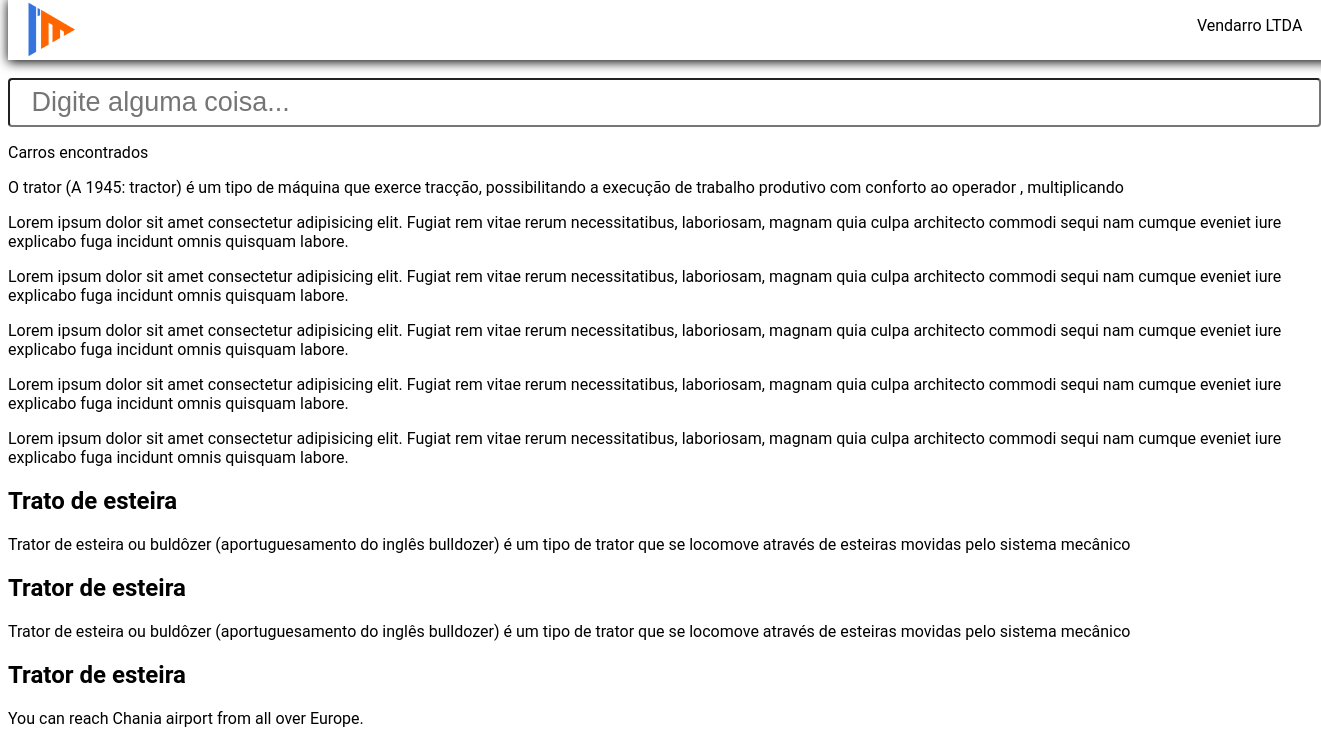
Repository: ecrseer/pesquisa-carros-html
Page: index.html
The author's editor kept a copy of each file at every save. The page is drawn from the files as they stood at one save, then again after the next save.
The browser window is 1280 px wide. The page is 1321 px wide, so the pictures cover 1321 px, including what lies to the right of the window. The pictures show the whole page.

Above is the page before, as saved 2022-01-21 17:02:13.

After the next save:
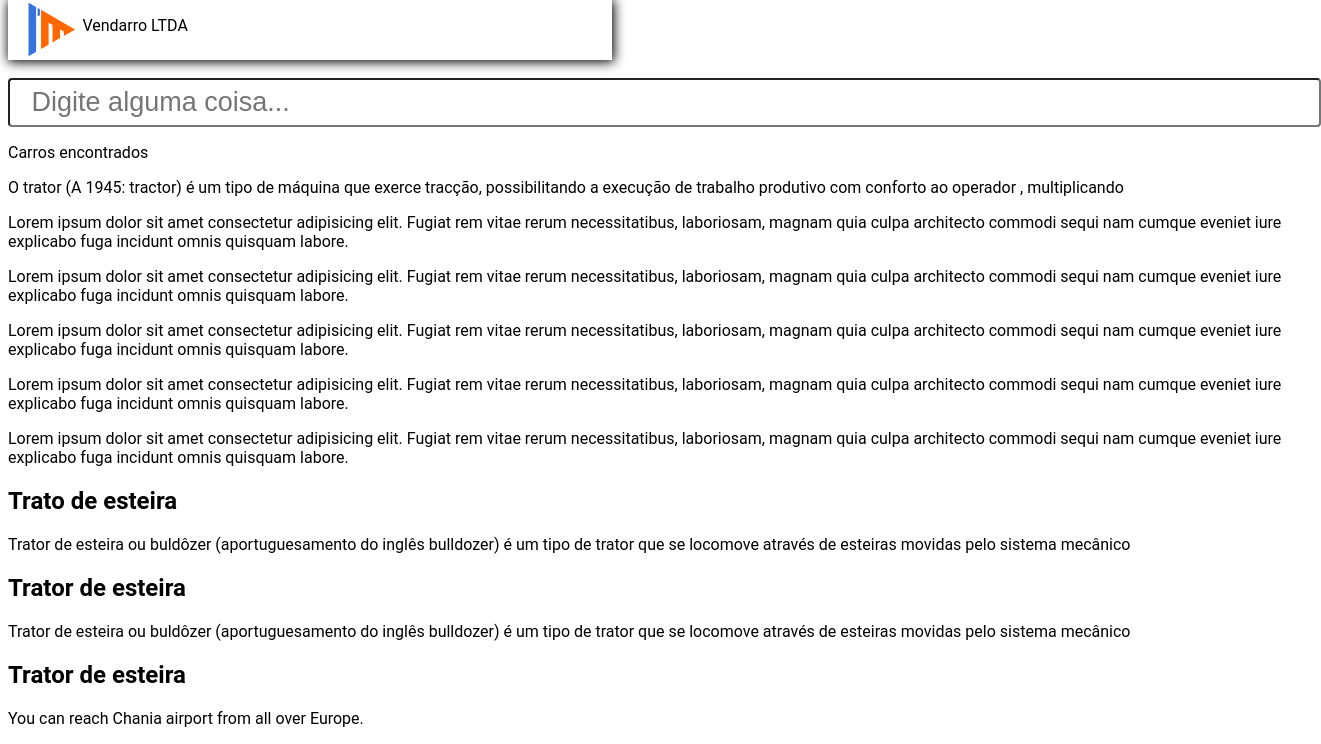
Saved 6 s later.
--- a/index.html
+++ b/index.html
@@ -14,7 +14,7 @@
 </head>
 
 <body class="maxwidth">
-    <nav class="header flex maxwidth">
+    <nav class="header flex ">
       <img src="./imgs/logo.png" alt="">
       <p>Vendarro LTDA</p>
 
